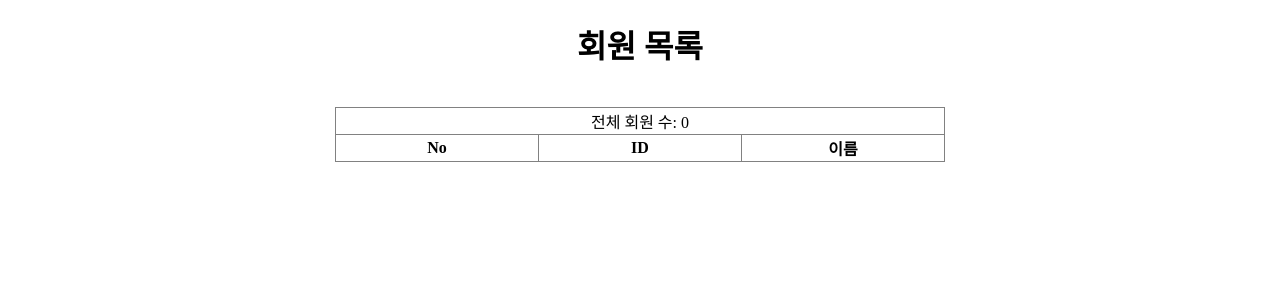
Repository: JaeYoon0935/lcom-servlet-jsp
Page: http://localhost/lcomputerstudy/user-list.do
These files come from the project's save history. The page is drawn as it stood at one moment and after the next save; the edit follows.
The browser window is 1280 px wide. The pictures show the whole page.
The page is served by Tomcat 9. Queries for data that is not in the repository find no rows.

Above is the page before, as saved 2020-09-20 11:28:33.

After the next save:
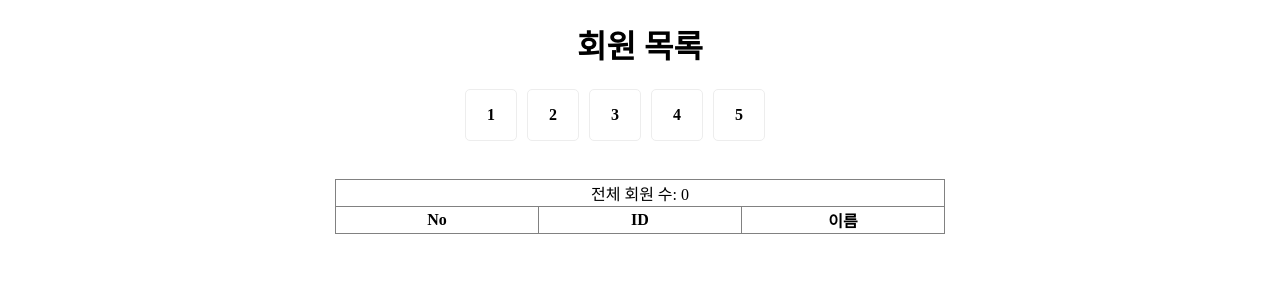
Saved 62 s later.
--- a/lcomputerstudy/WebContent/user/list.jsp
+++ b/lcomputerstudy/WebContent/user/list.jsp
@@ -28,8 +28,6 @@
 		border-radius:5px;
 	}
 
-
-
 	h1{
 		text-align:center;
 	}
@@ -57,6 +55,18 @@
 </style>
 <body>
 <h1>회원 목록</h1>
+
+	<div>
+		<ul>
+			<li><a href="user-list.do?page-1">1</a></li>
+			<li><a href="user-list.do?page-1">2</a></li>
+			<li><a href="user-list.do?page-1">3</a></li>
+			<li><a href="user-list.do?page-1">4</a></li>
+			<li><a href="user-list.do?page-1">5</a></li>
+		</ul>
+	</div>
+
+
 <table>
 		<tr>
 			<td colspan="3">전체 회원 수: ${usercount}</td>
